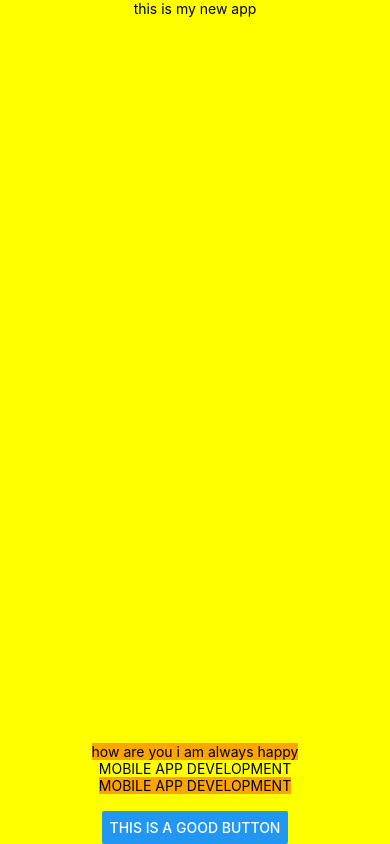
Repository: 2000-Nanayaw/MobileApp
Screen: /
These files come from the project's save history. The screen is drawn as it stood at one moment and after the next save; the edit follows.
The app was drawn by React Native's web renderer in a window 390 px wide. The project was rebuilt for these pictures with package versions that can differ from the ones it lists, and the page was loaded fresh each time.

Above is the screen before, as saved 2023-08-26 03:01:05.

After the next save:
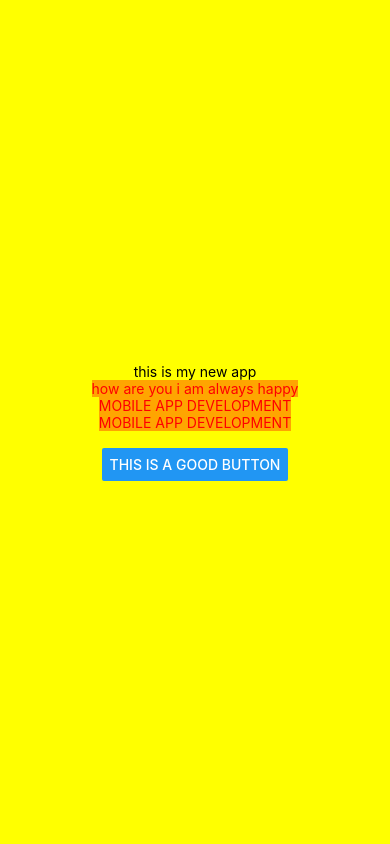
Saved 2 min 13 s later.
--- a/App.js
+++ b/App.js
@@ -33,9 +33,9 @@ import { Button, Text, TextInput, View, StyleSheet } from "react-native";
 function jsar() {
   return (
     <View style={style.container}>
-      <Text style={{ flex: 2 }}>this is my new app</Text>
+      <Text >this is my new app</Text>
       <Text style={style.colors}>how are you i am always happy</Text>
-      <Text>MOBILE APP DEVELOPMENT</Text>
+      <Text style={style.colors}>MOBILE APP DEVELOPMENT</Text>
       <Text style={style.colors}>MOBILE APP DEVELOPMENT</Text>
       <TextInput title="MOBILE APP DEVELOPMENT" />
       <Button title="this is a good button" />
@@ -52,6 +52,7 @@ const style = StyleSheet.create({
   },
   colors: {
     backgroundColor: "orange",
+    color: "red",
   },
 });
 export default jsar;
